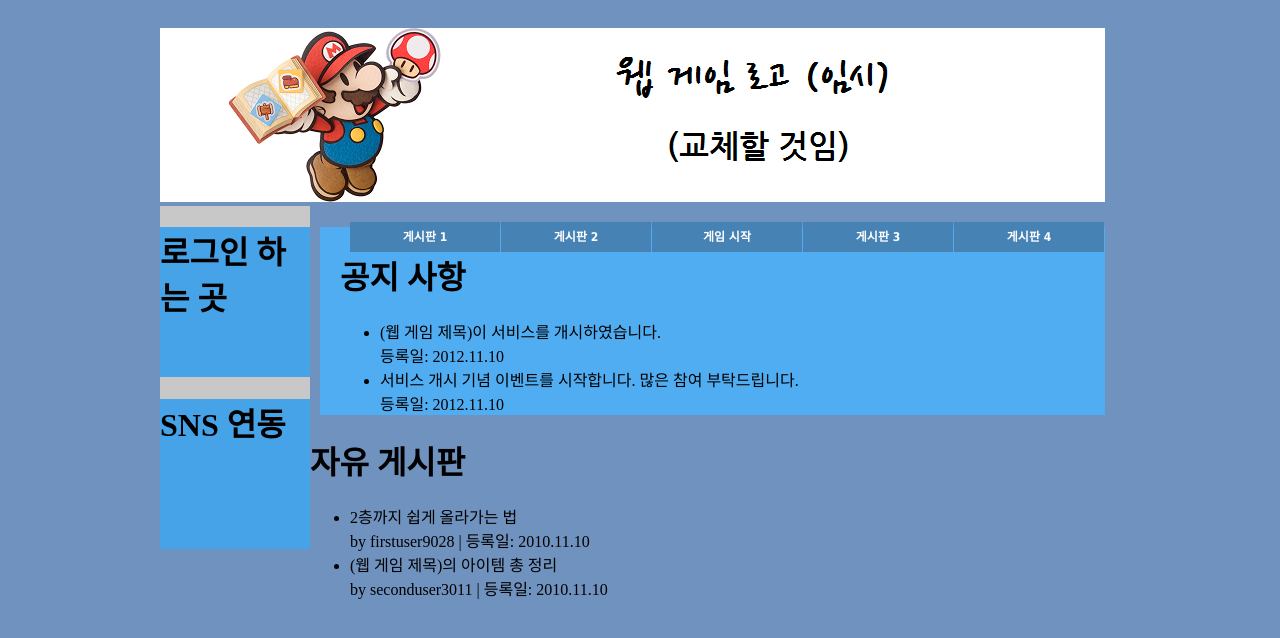
Repository: gunhe123/web_programing_project_Team_4
Page: http://localhost/web_game/
An editor plug-in stored every save of this project. The page is shown before and after the next save, followed by the edit.
The browser window is 1280 px wide. The pictures show the whole page.
The page is served by Tomcat 9. Nobody is signed in. The application's start-up code is not run.

Above is the page before, as saved 2012-11-10 16:08:53.

After the next save:
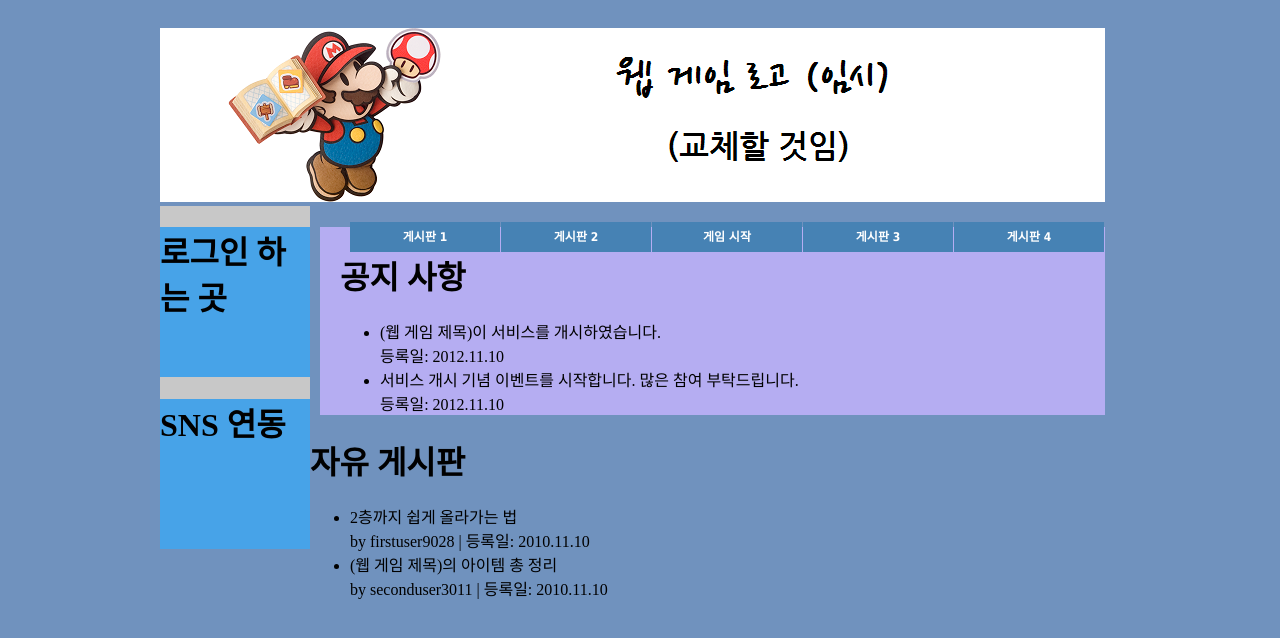
Saved 10 s later.
--- a/web_game/WebContent/stylesheets/main.css
+++ b/web_game/WebContent/stylesheets/main.css
@@ -41,6 +41,6 @@
 #notice{
 	margin-left: 10px;
 	padding-left: 20px;
-	background-color:rgb(81,173,242);
+	background-color:rgb(181,173,242);
 	float: none;
 }
